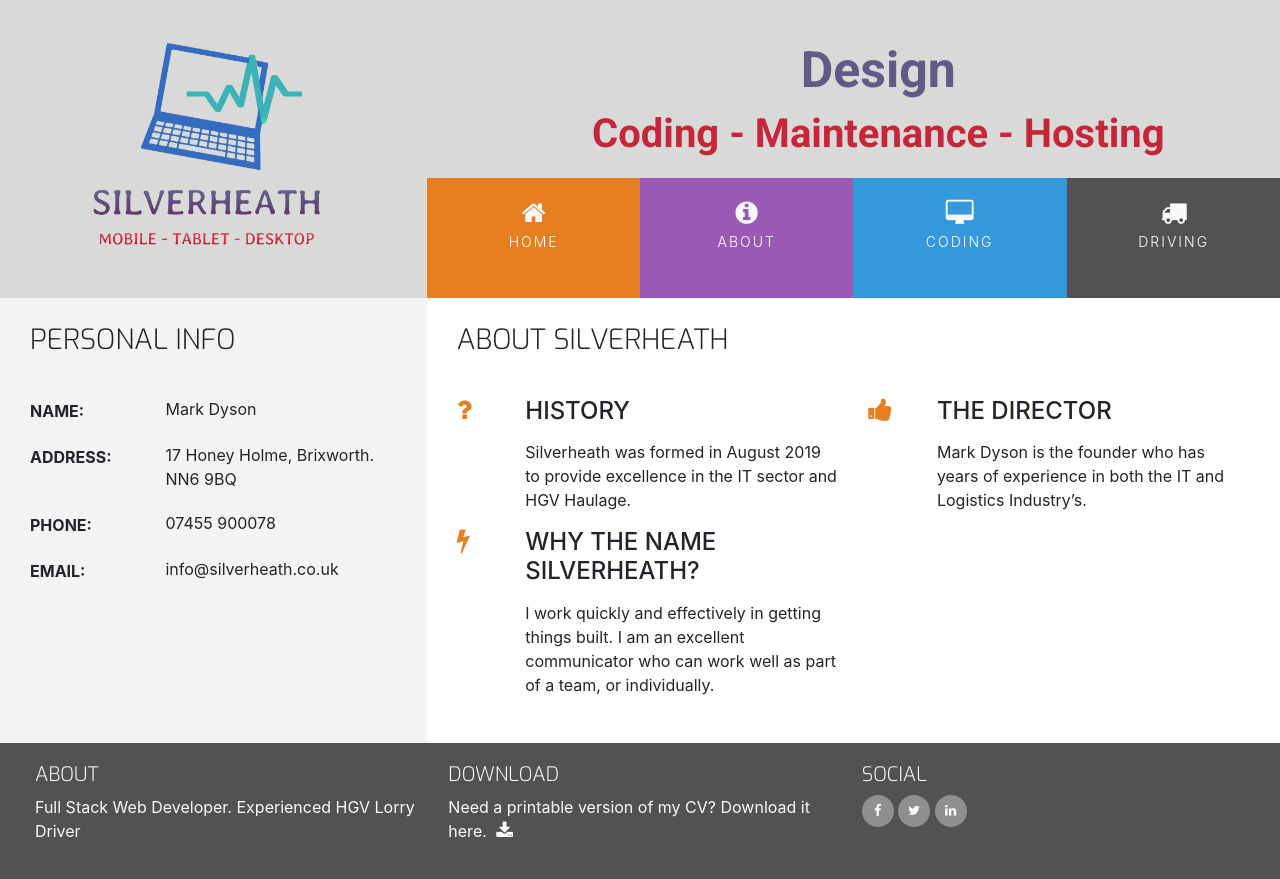
Repository: Code-Institute-Submissions/silverheath
Page: about.html
The author's editor kept a record of every edit. The page is drawn from the files as they stood at one moment, then again after the next edit.
The browser window is 1280 px wide. The pictures show the whole page.
Some web libraries are served in a nearby version.

Above is the page before.

### about.html
<!DOCTYPE html>
<html lang="en">

<head>
    <meta charset="UTF-8">
    <meta name="viewport" content="width=device-width, initial-scale=1.0">
    <meta http-equiv="X-UA-Compatible" content="ie=edge">
    <link rel="stylesheet" href="https://maxcdn.bootstrapcdn.com/bootstrap/4.2.1/css/bootstrap.min.css" type="text/css" />
    <link rel="stylesheet" href="https://maxcdn.bootstrapcdn.com/font-awesome/4.7.0/css/font-awesome.min.css" type="text/css" />
    <link rel="stylesheet" href="https://cdnjs.cloudflare.com/ajax/libs/hover.css/2.1.1/css/hover-min.css" type="text/css" />
    <link rel="stylesheet" href="assets/css/style.css">
    <title>SilverHeath</title>
</head>

<body>
    <header>
        <div class="row no-gutters">
            <a class="col-md-4 logo" href="02-index.html"></a>
            <div class="col-md-8">
                <div class="row no-gutters bg-color-name-title">
                    <div class="col heading">
                        <h1 class="name" <h1 class="name">Design</h1>
                        <h2 class="title">Coding - Maintenance - Hosting</h2>
                    </div>
                </div>
                <div class="row no-gutters">
                    <div class="col">
                        <ul id="nav" class="list-inline menucontainer">
                            <li class="col-6 col-sm-3 list-inline-item ui-menu-color-home menuitem">
                                <a href="index.html" class="hvr-sweep-to-bottom"><i class="fa fa-home" aria-hidden="true"></i><span>Home</span></a>
                            </li>
                            <li class="col-6 col-sm-3 list-inline-item ui-menu-color-about menuitem">
                                <a href="about.html" class="hvr-sweep-to-bottom"><i class="fa fa-info-circle" aria-hidden="true"></i><span>About</span></a>
                            </li>
                            <li class="col-6 col-sm-3 list-inline-item ui-menu-color-contact menuitem">
                                <a href="coding_index.html" class="hvr-sweep-to-bottom"><i class="fa fa-desktop" aria-hidden="true"></i><span>Coding</span></a>
                            </li>
                            <li class="col-6 col-sm-3 list-inline-item ui-menu-color-download menuitem">
                                <a href="lorry_index.html" target="_blank" class="hvr-sweep-to-bottom"><i class="fa fa-truck" aria-hidden="true"></i><span>Driving</span></a>
                            </li>
                        </ul>
                    </div>
                </div>
            </div>
        </div>
    </header>
    <section class="container-fluid">
        <div class="row">
            <div class="col-md-4 bg-color-personal-info section-column">
                <div class="row">
                    <div class="col-12">
                        <h3 class="section-heading uppercase">
                            Personal Info
                        </h3>
                    </div>
                </div>
                <div class="personal-info-item">
                    <div class="key">
                        <p class="uppercase">
                            Name:
                        </p>
                    </div>
                    <div class="value">
                        <p>
                            Mark Dyson
                        </p>
                    </div>
                </div>
                <div class="personal-info-item">
                    <div class="key">
                        <p class="uppercase">
                            Address:
                        </p>
                    </div>
                    <div class="value">
                        <p>
                            17 Honey Holme, Brixworth. NN6 9BQ
                        </p>
                    </div>
                </div>
                <div class="personal-info-item">
                    <div class="key">
                        <p class="uppercase">
                            Phone:
                        </p>
                    </div>
                    <div class="value">
                        <p>
                            07455 900078
                        </p>
                    </div>
                </div>
                <div class="personal-info-item">
                    <div class="key">
                        <p class="uppercase">
                            Email:
                        </p>
                    </div>
                    <div class="value">
                        <p>
                            info@silverheath.co.uk
                        </p>
                    </div>
                </div>
            </div>
            <div class="col-md-8 bg-color-three-reasons section-column">
                <div class="row">
                    <div class="col">
                        <h3 class="section-heading uppercase">About SilverHeath</h3>
                    </div>
                </div>
                <div class="row">
                    <div class="col-10 offset-1 offset-sm-0 col-sm-4 col-md-6">
                        <div class="row">
                            <div class="col-2">
                                <i class="three-reasons-icon fa fa-question" aria-hidden="true"></i>
                            </div>
                            <div class="col-10">
                                <h4 class="three-reasons-heading uppercase">History</h4>
                                <p>
                                   Silverheath was formed in August 2019 to provide excellence in the IT sector and HGV Haulage.
                                </p>
                            </div>
                        </div>
                    </div>
                    <div class="col-10 offset-1 offset-sm-0 col-sm-4 col-md-6">
                        <div class="row">
                            <div class="col-2">
                                <i class="three-reasons-icon fa fa-thumbs-up" aria-hidden="true"></i>
                            </div>
                            <div class="col-10">
                                <h4 class="three-reasons-heading uppercase">The Director</h4>
                                <p>
                                    Mark Dyson is the founder who has years of experience in both the IT and Logistics Industry’s.
                                </p>
                            </div>
                        </div>
                    </div>
                    <div class="col-10 offset-1 offset-sm-0 col-sm-4 col-md-6">
                        <div class="row">
                            <div class="col-2">
                                <i class="three-reasons-icon fa fa-bolt" aria-hidden="true"></i>
                            </div>
                            <div class="col-10">
                                <h4 class="three-reasons-heading uppercase">Why the name Silverheath?</h4>
                                <p>

                                    I work quickly and effectively in getting things built. I am an excellent communicator who can work well as part of a team, or individually.

                                </p>
                            </div>
                        </div>
                    </div>
                </div>
            </div>
        </div>

    </section>
    <footer class="container-fluid">
        <div id="footer-details" class="row">
            <div class="col-sm-4">
                <h5 class="uppercase general-sub">About</h5>
                <p class="inline-block">
                    Full Stack Web Developer. Experienced HGV Lorry Driver
                </p>
            </div>
            <div class="col-sm-4">
                <h5 class="uppercase general-sub">Download</h5>
                <p class="inline-block">
                    Need a printable version of my CV? Download it here.
                    <a href="assets/cv/cv.pdf" target="_blank" class="cv-pdf">
                                    <i class="fa fa-download" aria-hidden="true"></i>
                                    <span class="sr-only">Download link.</span>
                                </a>
                </p>
            </div>
            <div class="col-sm-4">
                <h5 class="uppercase general-sub">Social</h5>
                <ul class="list-inline social-links">
                    <li class="list-inline-item">
                        <a target="_blank" href="https://www.facebook.com/T123MRD">
                                        <i class="fa fa-facebook" aria-hidden="true"></i>
                                        <span class="sr-only">Facebook</span>
                                    </a>
                    </li>
                    <li class="list-inline-item">
                        <a target="_blank" href="https://twitter.com/md1858">
                                        <i class="fa fa-twitter" aria-hidden="true"></i>
                                        <span class="sr-only">Twitter</span>
                                    </a>
                    </li>
                    <li class="list-inline-item">
                        <a target="_blank" href="https://www.linkedin.com/in/mark-dyson-ba7397a1/">
                                        <i class="fa fa-linkedin" aria-hidden="true"></i>
                                        <span class="sr-only">LinkedIn</span>
                                    </a>
                    </li>



                </ul>
            </div>
        </div>
    </footer>
</body>

</html>

### assets/css/style.css
@import url('https://fonts.googleapis.com/css?family=Roboto:100,200,300,400,500,600,700|Exo:100,200,300,400,500,600,700');

/*--------------------------------------------Colors*/

.bg-color-name-title {
    background-color: #D9D9D8;
}

.bg-color-three-reasons {
    background-color: #fff;
}

.bg-color-personal-info {
    background-color: #f4f4f4;
}

.bg-color-work-history {
    background-color: #9b59b6;
}

.bg-color-contact {
    background-color: #fff;
}

.ui-menu-color-home {
    background-color: #e67e22;
}

.ui-menu-color-resume {
    background-color: #9b59b6;
}

.ui-menu-color-about {
    background-color: #9b59b6;
}

.ui-menu-color-contact {
    background-color: #3498db;
}

.ui-menu-color-download {
    background-color: #525252;
}

.row-table {
    display: table;
}

.section-column {
    display: table-cell;
    padding: 0 30px 30px;
    float: none;
}

.section-heading {
    font-family: "Exo", sans-serif;
    font-weight: 300;
    margin-top: 25px;
    margin-bottom: 40px;
}

/* ----------------------------------------Special paddings/margins/text */

h1,
h2,
h3,
h4 {
    margin: 0;
}

.uppercase {
    text-transform: uppercase;
}

.general-sub {
    font-family: "Exo", sans-serif;
    font-weight: 300;
    color: #fafafa;
}

.inline-block {
    display: inline-block;
}

.row-table {
    display: table;
}

.section-column {
    display: table-cell;
    padding: 0 30px 30px;
    float: none;
}

.history-heading,
.section-heading {
    font-family: "Exo", sans-serif;
    font-weight: 300;
    margin-top: 25px;
    margin-bottom: 40px;
}


/*--------------------------------------------Heading*/

header {
    margin: 0;
}

.heading {
    margin-top: 30px;
    margin-left: 50px;
}

.logo {
    background: url("../images/logo.jpg");
    background-position: center;
    background-repeat: no-repeat;
    background-size: contain;
    background-color: #D9D9D8;
    min-height: 200px;
    transition: all .5s ease-in-out;
    -moz-transition: all .5s ease-in-out;
    -webkit-transition: all .5s ease-in-out;
}

.name {
    font-family: "Roboto", sans-serif;
    font-weight: 800;
    font-size: 50px;
    margin-top: 10px;
    margin-bottom: 10px;
    color: #625986;
    text-align: center;
}

.title {
    font-family: "Roboto", sans-serif;
    font-weight: 800;
    font-size: 40px;
    margin-top: 5px;
    margin-bottom: 20px;
    color: #C52639;
    text-align: center;
}

.list-inline-item:not(:last-child) {
    margin: 0;
}

.menucontainer {
    font-size: 0;
}

#nav li {
    font-size: 14px;
    padding: 0;
}

#nav {
    margin: 0;
}

.menuitem {
    height: 120px;
    text-align: center;
    padding: 0;
}

.menuitem a {
    width: 100%;
    text-decoration: none;
    color: #fff;
    height: 120px;
}

.menuitem a i {
    padding-top: 22px;
    display: block;
    color: #fafafa;
    font-size: 26px;
}

.menuitem span {
    display: block;
    width: 100%;
    padding-top: 5px;
    text-align: center;
    text-transform: uppercase;
    font-size: 14px;
    font-weight: 300;
    letter-spacing: 2px;
}

/*--------------------------------------------Hover.css*/

.hvr-sweep-to-bottom:before {
    background: rgba(0, 0, 0, 0.2);
    height: 120px;
}

/* ----------------------------------------Footer */

footer {
    background-color: #525252;
    color: #fafafa;
    min-height: 120px;
    margin: 0;
}

.cv-pdf i {
    font-size: 18px;
    color: #fafafa;
    text-align: center;
    padding-left: 5px;
    transition: all 0.35s ease-in-out;
    -moz-transition: all 0.35s ease-in-out;
    -webkit-transition: all 0.35s ease-in-out;
    -o-transition: all 0.35s ease-in-out;
}

.cv-pdf i:hover {
    color: #e84610;
}

.social-links {
    padding-bottom: 15px;
}

.social-links li a i {
    width: 32px;
    height: 32px;
    padding: 12px 0;
    border-radius: 50%;
    font-size: 13px;
    line-height: 7px;
    text-align: center;
    color: #fafafa;
    background: #8f8f8f;
    transition: all 0.35s ease-in-out;
    -moz-transition: all 0.35s ease-in-out;
    -webkit-transition: all 0.35s ease-in-out;
    -o-transition: all 0.35s ease-in-out;
}

.social-links li a i:hover {
    background: #e84610;
}

#footer-details {
    padding: 20px;
}

/* ----------------------------------------Three Reasons */

.three-reasons-icon {
    font-size: 26px;
    color: #e67e22;
}

.three-reasons-heading {
    margin-bottom: 15px;
}

/* ----------------------------------------Personal Info */

.personal-info-item {
    margin-bottom: 20px;
    display: block;
    clear: both;
}

.personal-info-item .key,
.personal-info-item .value {
    padding-right: 8px;
    display: inline-block;
}

.personal-info-item .key p,
.personal-info-item .value p {
    margin: 0;
}

.personal-info-item .key {
    width: 30%;
    margin-right: 21px;
    padding-top: 2px;
    vertical-align: top;
}

.personal-info-item .key p {
    font-weight: 700;
}

.personal-info-item .value {
    position: relative;
    width: 60%;
}

/* ----------------------------------------Skills */

.progress {
    position: relative;
    height: 25px;
    margin-bottom: 4px;
}

.progress-type {
    position: absolute;
    left: 0px;
    font-weight: 400;
    padding: 3px 30px 2px 10px;
    color: #fafafa;
    background-color: rgba(25, 25, 25, 0.2);
}

.progress-section {
    margin: 40px 20px;
}

/* ----------------------------------------Work History */

.history-heading {
    color: #fafafa;
    margin-bottom: 50px;
}

.timeline-item {
    padding: 4em 2em 0em 2em;
    position: relative;
    color: #fafafa;
    border-left: 1px solid;
}

.timeline-item p {
    padding: 0;
    margin: 0;
}

.timeline-item:before {
    content: attr(data-dates);
    position: absolute;
    left: 2.5em;
    top: 3em;
    display: block;
    font-family: "Exo", sans-serif;
    font-weight: 500;
    font-size: 0.8em;
    padding: 0;
    margin: 0;
}

.timeline-item:after {
    width: 12px;
    height: 12px;
    display: block;
    top: 2.4em;
    position: absolute;
    left: -6px;
    border-radius: 12px;
    content: '';
    background: #fafafa;
}

.history-items {
    margin-bottom: 30px;
}

/* ----------------------------------------Contact Form */

.contact-heading {
    font-family: "Exo", sans-serif;
    font-weight: 300;
    margin-top: 25px;
    margin-bottom: 20px;
}

.center-form {
    padding-top: 10px;
    margin: 0 auto;
    max-width: 70%;
}

button[type="submit"] {
    margin-top: 15px;
    margin-bottom: 20px;
    color: #fafafa;
    background-color: #e84610;
}

/* ----------------------------------------Media Queries */

@media(min-width: 992px) {
    .center-form {
        padding-top: 30px;
        min-height: 240px;
        margin: 0 auto;
        max-width: 50%;
    }
}

After the next edit:
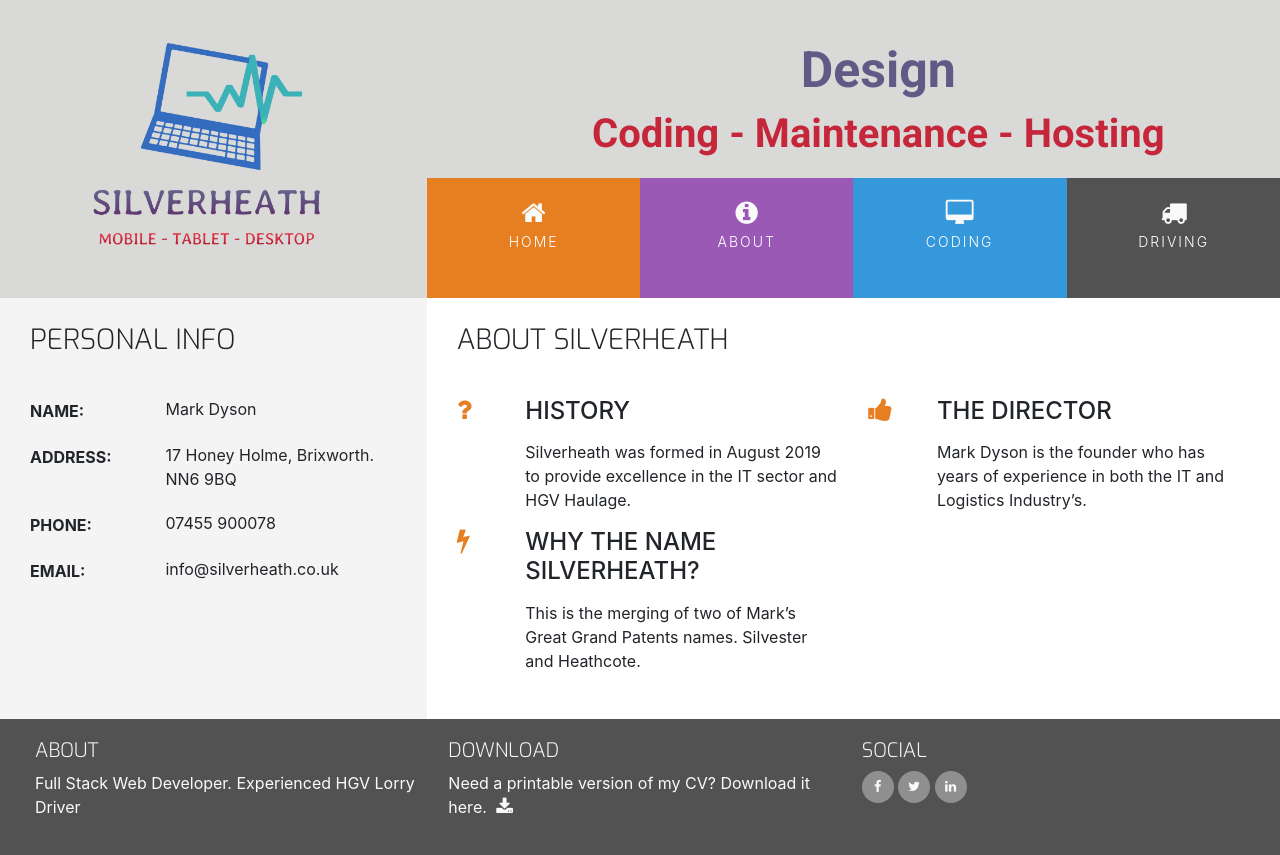
The edit:
--- a/about.html
+++ b/about.html
@@ -144,9 +144,7 @@
                             <div class="col-10">
                                 <h4 class="three-reasons-heading uppercase">Why the name Silverheath?</h4>
                                 <p>
-
-                                    I work quickly and effectively in getting things built. I am an excellent communicator who can work well as part of a team, or individually.
-
+                                    This is the merging of two of Mark’s Great Grand Patents names. Silvester and Heathcote.
                                 </p>
                             </div>
                         </div>
